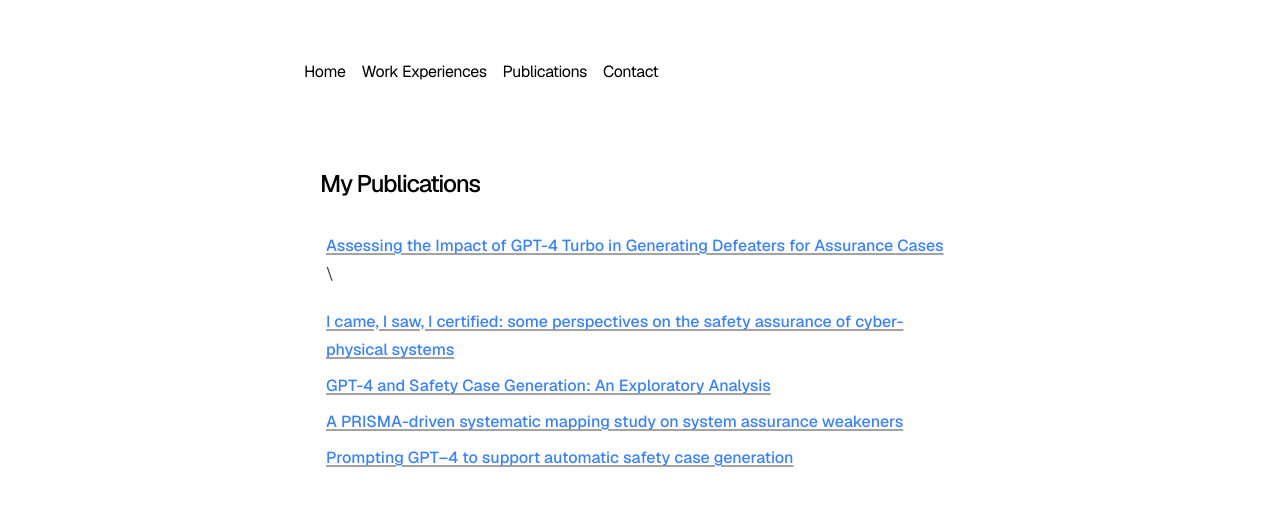
Repository: kimixz/kimixz.github.io
Page: /publications
An editor plug-in stored every save of this project. The page is shown before and after the next save, followed by the edit.
The browser window is 1280 px wide. The pictures show the whole page.
The project was rebuilt for these pictures with package versions that can differ from the ones it lists, and the page was loaded fresh each time. Some packages were replaced by stand-ins written for this rebuild. The framework's server and built-in components were replaced by stand-ins that run in the browser. Also part of the build but not shown: next.config.mjs, app/blog/[slug]/sandpack.tsx.

Above is the page before, as saved 2024-07-28 16:32:08.

After the next save:
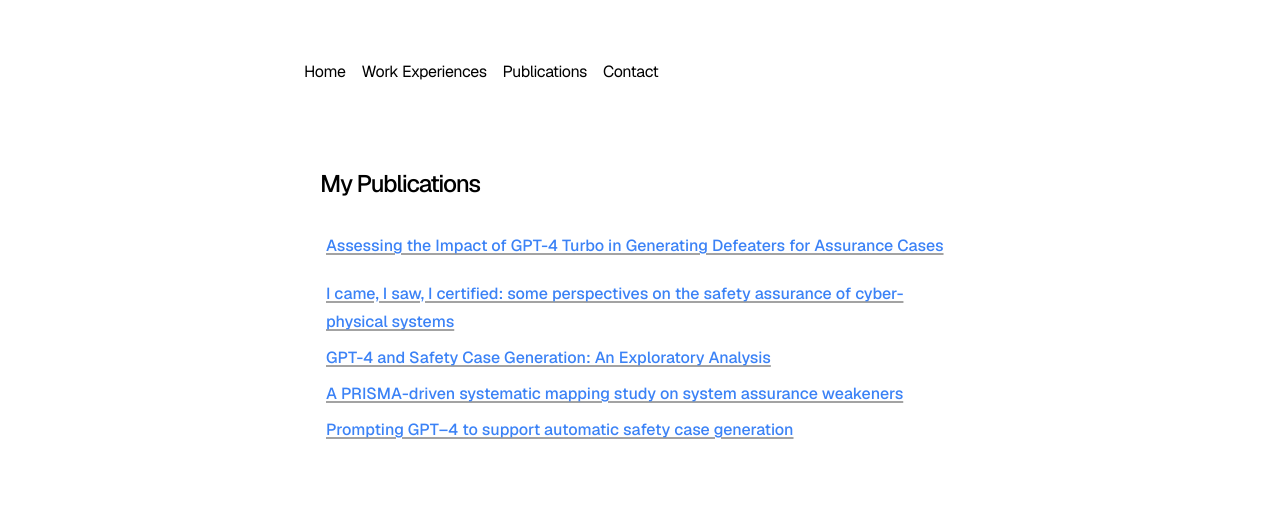
Saved 10 s later.
--- a/app/publications/page.tsx
+++ b/app/publications/page.tsx
@@ -7,7 +7,6 @@ export default function Page() {
           <ul className="prose prose-neutral dark:prose-invert">
             <li>
               <a href="https://example.com/paper1" className="text-blue-500">Assessing the Impact of GPT-4 Turbo in Generating Defeaters for Assurance Cases</a><br />
-\
             </li>
             <li>
               <a href="https://example.com/paper2" className="text-blue-500">I came, I saw, I certified: some perspectives on the safety assurance of cyber-physical systems</a><br />
